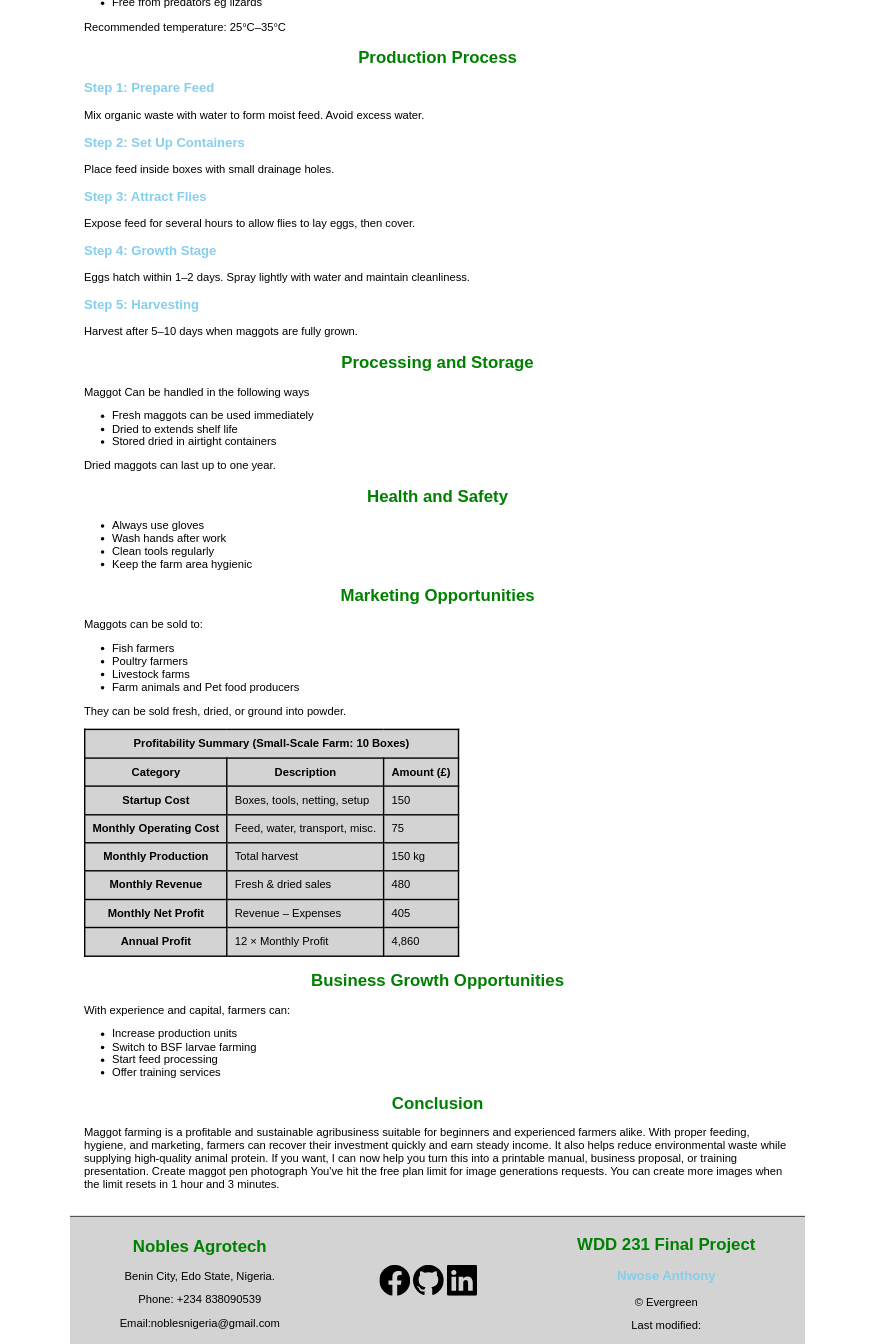
Repository: NoblesNigeria/articles
Page: maggot/index.html
These files come from the project's save history. The page is drawn as it stood at one moment and after the next save; the edit follows.
The browser window is 1280 px wide. The pictures show the part of the page from y = 1620 to 3540 px (the page is 3540 px tall), at 70% of full size.

Above is the page before, as saved 2026-02-23 11:39:04.
Console error: TypeError: Cannot read properties of null (reading 'addEventListener')

### maggot/index.html
<!DOCTYPE html>
<html lang="en">
<head>
    <meta charset="UTF-8">
    <meta name="viewport" content="width=device-width, initial-scale=1.0">
    <meta name="description" content="This is the business directory page for the Chamber of Commerce, We connect businesses and foster growth in our community.">
    <meta name="author" content="Nwose Anthony">
    <meta property="og:title" content="Evergreen Chamber of Commerce">
    <meta property="og:description" content="Evergreen Chamber of Commerce - Connecting Businesses, Fostering Growth">
    <meta property="og:image" content=" https://noblesnigeria.github.io/wdd231/chamber/images/image.jpg">
    <meta property="og:url" content=" https://noblesnigeria.github.io/chamber/directory.html">
    <link rel="stylesheet" href="styles/normalize.css">
    <link rel="stylesheet" href="styles/final-small.css">
    <link rel="stylesheet" href="styles/final-medium.css">
    <link rel="stylesheet" href="styles/final-large.css">
    <script src="scripts/final.js" defer></script>
    <link rel="icon" href="favicon.ico">
    <title>Nobles Agricultural Technology</title>
    <link rel="preconnect" href="https://fonts.googleapis.com">
    <link rel="preconnect" href="https://fonts.gstatic.com" crossorigin>
    <link href="https://fonts.googleapis.com/css2?family=Roboto:wght@100..900&display=swap" rel="stylesheet">
</head>
<body>
    <header>
        <img src="images/book.svg" alt="Chamber Logo">
        <span>Nobles Maggot Farm</span>
        <button id="ham-btn" class="hamburger"></button>
    </header>
    <nav id="navigation" class="navigate">
        <ul>
            <li><a href="https://noblesnigeria.github.io/articles/maggot/index.html">projects</a></li>
            <li><a href="https://noblesnigeria.github.io/articles/maggot/farm-galleries.html">Galleries</a></li>
        </ul>
    </nav>
    <main>
        <h1>A Complete Guide to Maggot Farming</h1>
        <h2>Introduction</h2>
        <p>Maggot farming is the practice of breeding fly larvae for use as animal feed, fishing bait, and organic protein supplements. It is widely used in fish and poultry farming because maggots grow fast, require little capital, and provide high nutritional value.

           With proper management, maggot farming can become a reliable source of income for small- and medium-scale farmers.</p>
        <h2>Benefits of Maggot Farming</h2>
        <p>There're lots of benefits in maggot farming.</p>
        <ul>
            <li>Low startup and operating cost</li>
            <li>Fast growth cycle (7–14 days)</li>
            <li>High market demand</li>
            <li>Environmentally friendly waste recycling</li>
            <li>High return on investment</li>
        </ul>
         <table class="nutrient">
            <thead>
                <tr>
                    <th colspan="3" id="clear">
                        Nutrient Composition of Dried Maggots (Per 1 kg)
                    </th>
                </tr>

                <tr id="card">
                    <th>Nutrient</th>
                    <th>Approximated Amount</th>
                    <th>Unit</th>
                </tr>
            </thead>
            <tbody>
                <tr>
                    <th>Energy</th>
                    <td>4,300 - 4,800</td>
                    <td>kcal</td>
                </tr>
                <tr>
                    <th>Crude protein</th>
                    <td>400 - 550</td>
                    <td>g</td>
                </tr>
                <tr>
                    <th>Crude fat</th>
                    <td>250 - 350</td>
                    <td>g</td>
                </tr>
                <tr>
                    <th>Carbohydrate</th>
                    <td>50 - 100</td>
                    <td>g</td>
                </tr>
                <tr>
                    <th>Fibre (chitin)</th>
                    <td>50 - 80</td>
                    <td>g</td>
                </tr>
                <tr>
                    <th>Ash (minerals)</th>
                    <td>40 - 60</td>
                    <td>g</td>
                </tr>
                <tr>
                    <th>Moisture</th>
                    <td>50 - 100</td>
                    <td>g</td>
                </tr>
            </tbody>
        </table>
        <h2>Common Types of Maggots</h2>
        <h3>Housefly Maggots</h3>
        <ul>
            <li>Easy to produce</li>
            <li>Suitable for beginners</li>
            <li>Fast reproduction</li>
        </ul>
        <h3>Black Soldier Fly (BSF) Larvae</h3>
        <ul>
            <li>Higher protein content</li>
            <li>Less odor</li>
            <li>Better for large-scale production</li>
        </ul>
        <p>Beginners are advised to start with housefly maggots.</p>
        <h2>Materials Required</h2>
        <p>To begin maggot farming, you will need:</p>
        <ul>
            <li>Rearing boxes or trays</li>
            <li>Organic waste (fish scraps, bran, poultry drops, blood meal, peels)</li>
            <li>Wire mesh or netting</li>
            <li>Water sprayer</li>
            <li>Gloves and cleaning tools</li>
            <li>Shade cover</li>
        </ul>
        <h2>Site Selection</h2>
        <p>Choose a place that is:</p>
        <ul>
            <li>Well ventilated</li>
            <li>Shaded from direct sunlight</li>
            <li>Away from homes</li>
            <li>Protected from rain</li>
            <li>Free from predators eg lizards</li>
        </ul>
        <p>Recommended temperature: 25°C–35°C</p>
        <h2>Production Process</h2>
        <h3>Step 1: Prepare Feed</h3>
        <p>Mix organic waste with water to form moist feed. Avoid excess water.</p>
        <h3>Step 2: Set Up Containers</h3>
        <p>Place feed inside boxes with small drainage holes.</p>
        <h3>Step 3: Attract Flies</h3>
        <p>Expose feed for several hours to allow flies to lay eggs, then cover.</p>
        <h3>Step 4: Growth Stage</h3>
        <p>Eggs hatch within 1–2 days. Spray lightly with water and maintain cleanliness.</p>
        <h3>Step 5: Harvesting</h3>
        <p>Harvest after 5–10 days when maggots are fully grown.</p>
        <h2>Processing and Storage</h2>
        <p>Maggot Can be handled in the following ways</p>
        <ul>
            <li>Fresh maggots can be used immediately</li>
            <li>Dried to extends shelf life</li>
            <li>Stored dried in airtight containers</li>
        </ul>
        <p>Dried maggots can last up to one year.</p>
        <h2>Health and Safety</h2>
        <ul>
            <li>Always use gloves</li>
            <li>Wash hands after work</li>
            <li>Clean tools regularly</li>
            <li>Keep the farm area hygienic</li>
        </ul>
        <h2>Marketing Opportunities</h2>
        <p>Maggots can be sold to:</p>
        <ul>
            <li>Fish farmers</li>
            <li>Poultry farmers</li>
            <li>Livestock farms</li>
            <li>Farm animals and Pet food producers</li>
        </ul>
        <p>They can be sold fresh, dried, or ground into powder.</p>
        <table class="profitability">
            <thead>
                <tr>
                    <th colspan="3">
                        Profitability Summary (Small-Scale Farm: 10 Boxes)
                    </th>
                </tr>

                <tr>
                    <th>Category</th>
                    <th>Description</th>
                    <th>Amount (£)</th>
                </tr>
            </thead>
            <tbody>
                <tr>
                    <th>Startup Cost</th>
                    <td>Boxes, tools, netting, setup</td>
                    <td>150</td>
                </tr>
                <tr>
                    <th>Monthly Operating Cost</th>
                    <td>Feed, water, transport, misc.</td>
                    <td>75</td>
                </tr>
                <tr>
                    <th>Monthly Production</th>
                    <td>Total harvest</td>
                    <td>150 kg</td>
                </tr>
                <tr>
                    <th>Monthly Revenue</th>
                    <td>Fresh & dried sales</td>
                    <td>480</td>
                </tr>
                <tr>
                    <th>Monthly Net Profit</th>
                    <td>Revenue – Expenses</td>
                    <td>405</td>
                </tr>
                <tr>
                    <th>Annual Profit</th>
                    <td>12 × Monthly Profit</td>
                    <td>4,860</td>
                </tr>
            </tbody>
        </table>

        <h2>Business Growth Opportunities</h2>
        <p>With experience and capital, farmers can:</p>
        <ul>
            <li>Increase production units</li>
            <li>Switch to BSF larvae farming</li>
            <li>Start feed processing</li>
            <li>Offer training services</li>
        </ul>

        <h2>Conclusion</h2>
        <p>Maggot farming is a profitable and sustainable agribusiness suitable for beginners and experienced farmers alike. With proper feeding, hygiene, and marketing, farmers can recover their investment quickly and earn steady income.

            It also helps reduce environmental waste while supplying high-quality animal protein.

            If you want, I can now help you turn this into a printable manual, business proposal, or training presentation.

            Create maggot pen photograph

            You've hit the free plan limit for image generations requests. You can create more images when the limit resets in 1 hour and 3 minutes.
        </p>

    </main>
    <footer>
        <aside class="contact">
            <h2>Nobles Agrotech</h2>
            <p>Benin City, Edo State, Nigeria.</p>
            <p>Phone: +234 838090539</p>
            <p>Email:noblesnigeria@gmail.com</p>
        </aside>
        <aside class="media">
            <a href="https://github.com/NoblesNigeria"><img src="images/facebook.svg" alt="facebook" width="100" height="100"></a>
            <a href="https://github.com/NoblesNigeria"><img src="images/github.svg" alt="Github" width="100" height="100"></a>
            <a href="https://github.com/NoblesNigeria"><img src="images/linkedin.svg" alt="Linkedin" width="100" height="100"></a>
        </aside>
        <aside class="copy-right">
            <h2>WDD 231 Final Project</h2>
            <h3>Nwose Anthony</h3>
            <p>&copy; <span class="current-year"></span> Evergreen</p>
            <p>Last modified: <span class="lastModified"></span></p>
        </aside>
    </footer>
</body>
</html>

### maggot/styles/final-small.css
body{
    display:grid;
    grid-template-columns: auto;
    font-family: Arial, sans-serif;
    padding: 0;
    align-items: center;
}
#card{
    background-color: gray;
}
#clear{
    background-color: lightblue;
}
.profitability{
    background-color: lightgray;
}
h2{
    color:green;
    text-align: center;
}
h3{
    color:skyblue;
}
header{
    display:grid;
    grid-template-columns: 24px auto 44px;
    gap:10px;
    align-items:center;
    background-color: lightgrey;
    text-align: center;
}
header img{
    width:100%;
}
h1{
    color: blue;
    text-align: center;
}
.hamburger{
    border:none;
    cursor:pointer;
    font-size: 32px;
}
.hamburger::before{
    content: "\2630";
    font-size: 32px;
}
.hamburger.show::before{
    content: "\2715";
}
.navigate{
    display:none;
}
.navigate.show{
    display:block;
}
nav ul{
    list-style-type: none;
    display:block;
}
nav a:hover{
    color: purple;
}
.dove{
    color: red;
}
.jump{
    color: green;
}
main{
    padding: 20px;
}
#directory-entries section{
    display: grid;
    grid-template-columns: 1fr;
    grid-template-areas:
    "image"
    "name"
    "description"
    ;
    border: 2px solid blue;
    padding: 30px;
    margin-top: 10px;
}
#directory-entries img{
    grid-area: image;
    width: 350px;
    height: 250px;
}
#directory-entries h2{
    grid-area: name;
}
#directory-entries p{
    grid-area: description;
}
.profitability,th, td {
    border: 2px  solid black;
    padding: 10px;
}
.nutrient{
    border-collapse: collapse;
}
.profitability{
    border-collapse: collapse;
}
#register{
    padding: 10px;
    display:grid;
    background-color: gray;
}
label input{
    display:flex;
    padding: 5px;
}
button:hover{
    background-color: green;
}
#notification{
    padding: 5px;;
    width: 80px;
    margin-top: 5px;
}
#address{
    color: green;
}
footer{
    border-top: 1px solid black;
    padding-top: 5px;
    text-align: center;
    background-color: lightgrey;
}

.media img{
    width:44px;
    height:44px;
}

### maggot/styles/final-medium.css
@media only screen and (min-width: 38rem){
    #directory-entries section{
        display: grid;
        grid-template-columns: 1fr;
        grid-template-areas:
        "image name"
        "image description"
        ;
        border: 2px solid blue;
        padding: 30px;
        margin-top: 10px;
    }
    #directory-entries img{
        width: 350px;
        height: 350px;
    }
    #register{
        width: 400px;
        margin-left: 250px;
    }

}

### maggot/styles/final-large.css
@media only screen and (min-width: 50rem) {
    body{
        width: 1050px;
        margin-left: 100px;
    }
    header{
        grid-template-columns: 24px auto;
        font-size: 42px;
        padding: 15px;
    }
    #navigation{
        display:block;
        padding: 5px;
    }
    .hamburger{
        display:none;
    }
    .navigate ul{
        display:flex;
        flex-direction: row;
        gap: 15px;
    }
    footer{
        display: grid;
        grid-template-columns: auto auto auto;
        align-items: center;
    }
    .contact{
        grid-column: 1;
    }
    .media{
        grid-column: 2;
        justify-content: center;
    }
    .copy-right{
        grid-column: 3;
    }
    #directory-entries{
        display: grid;
        grid-template-columns: 1fr 1fr;
    }
    #directory-entries p{
        padding: 10px;
    }
}

### maggot/scripts/final.js

const details = './data/final.json';
const cards = document.querySelector('#directory-entries');

let allGallery = [];

// Wait for DOM to load
document.addEventListener('DOMContentLoaded', () => {
    getDetails();
});

// Fetch data
async function getDetails() {
    try {
        const response = await fetch(details);

        // Check if request was successful
        if (!response.ok) {
            throw new Error(`HTTP error! Status: ${response.status}`);
        }

        const data = await response.json();

        // Make sure gallery exists
        if (!data.gallery || !Array.isArray(data.gallery)) {
            throw new Error('Invalid JSON format: "gallery" not found');
        }

        allGallery = data.gallery;

        displayDetails(allGallery);

    } catch (error) {
        console.error('Error loading gallery:', error);
        cards.innerHTML = '<p>Failed to load gallery data.</p>';
    }
}

// Display members
function displayDetails(gallery) {
    cards.innerHTML = ''; // Clear cards

    gallery.forEach(member => {
        const card = document.createElement('section');
        card.classList.add('member-card');

        const h2 = document.createElement('h2');
        h2.textContent = member.name || 'No Name';

        const img = document.createElement('img');
        img.src = member.image || 'images/placeholder.jpg';
        img.alt = member.name || 'Gallery image';
        img.loading = 'lazy';

        const description = document.createElement('p');
        description.textContent = member.description

        card.append(h2, img, description);
        cards.appendChild(card);
    });
}

const ham = document.querySelector('#ham-btn');
const nav = document.querySelector('#navigation');
ham.addEventListener('click', () => {
    nav.classList.toggle('show');
    ham.classList.toggle('show');
});



const notify= document.getElementById('notification');
const inform= document.getElementById('info');
const signUp= document.getElementById('sign-up');

notify.addEventListener("click", () => {
    inform.showModal();
});

signUp.addEventListener("click", () => {
    inform.close();
});

### maggot/data/final.json
{
  "gallery": [
    {
      "name": "maggot-pen1",
      "description": "A commercial maggot pen designed for large-scale production, featuring multiple compartments for different stages of maggot development and easy access for harvesting.",
      "image": "images/modern-maggot-pen1.webp"
    },
    {
      "name": "maggot-pen2",
      "description": "A modern maggot pen designed for efficient breeding and harvesting of maggots, featuring a controlled environment to optimize growth and minimize odors.",
      "image": "images/modern-maggot-pen2.webp"
    },
    {
      "name": "maggot-pen3",
      "description": "A traditional maggot pen that incorporates sustainable materials and advanced ventilation systems to enhance the breeding process.",
      "image": "images/maggot-pen3.webp"
    },
    {
      "name": "Adult maggot",
      "description": "A full developed maggot, from a grow out tray, ready for processing.",
      "image": "images/maggot1.webp"
    },
    {
      "name": "Grown maggot",
      "description": "Harvesting maggot from a grow out tray.",
      "image": "images/maggot2.webp"
    },
    {
      "name": "Maggot Harvesting",
      "description": "Harvesting maggot in a grow out tray.",
      "image": "images/maggot8.webp"
    },
    {
      "name": "Maggot substrate",
      "description": "A composed substrate that serves as food for larva. Use cheap substrate such as poultry drops.",
      "image": "images/maggot7.webp"
    },
    {
      "name": "Powdered Maggot",
      "description": "A powdered maggot product, fully processed for animal concentrate and feed production.",
      "image": "images/maggot5.webp"
    },
    {
      "name": "Modern drying facility",
      "description": "A modern maggot drying facility for industrial and commercial maggot production.",
      "image": "images/maggot-modern-processing.webp"
    },
    {
      "name": "Traditional processing",
      "description": "A local processing facility using economical and low-cost processing techniques.",
      "image": "images/maggot-local-processing2.webp"
    }
  ]
}

Loaded but not shown: maggot/styles/normalize.css (library)

After the next save:
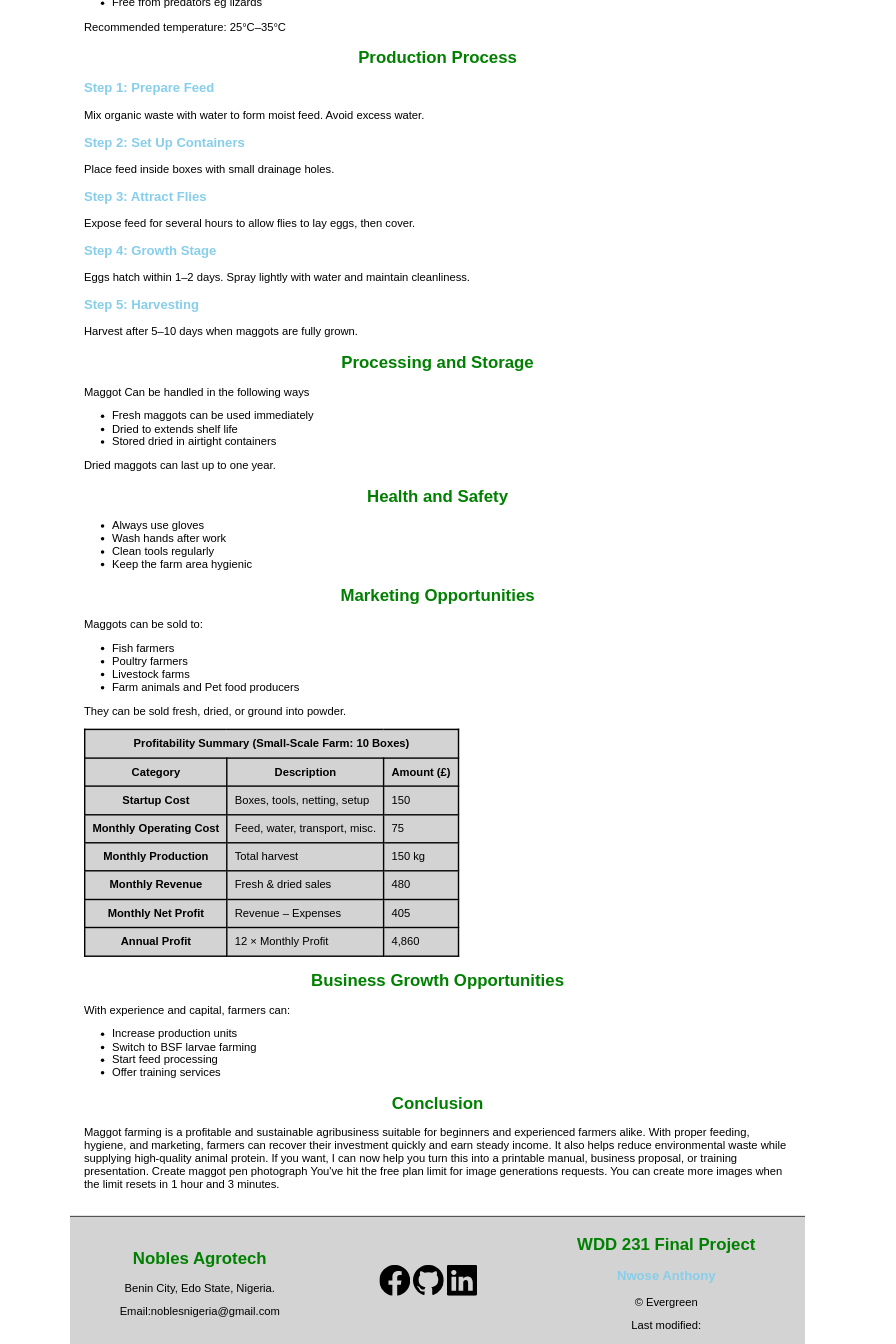
Saved 10 s later.
--- a/maggot/index.html
+++ b/maggot/index.html
@@ -242,7 +242,6 @@
         <aside class="contact">
             <h2>Nobles Agrotech</h2>
             <p>Benin City, Edo State, Nigeria.</p>
-            <p>Phone: +234 838090539</p>
             <p>Email:noblesnigeria@gmail.com</p>
         </aside>
         <aside class="media">
